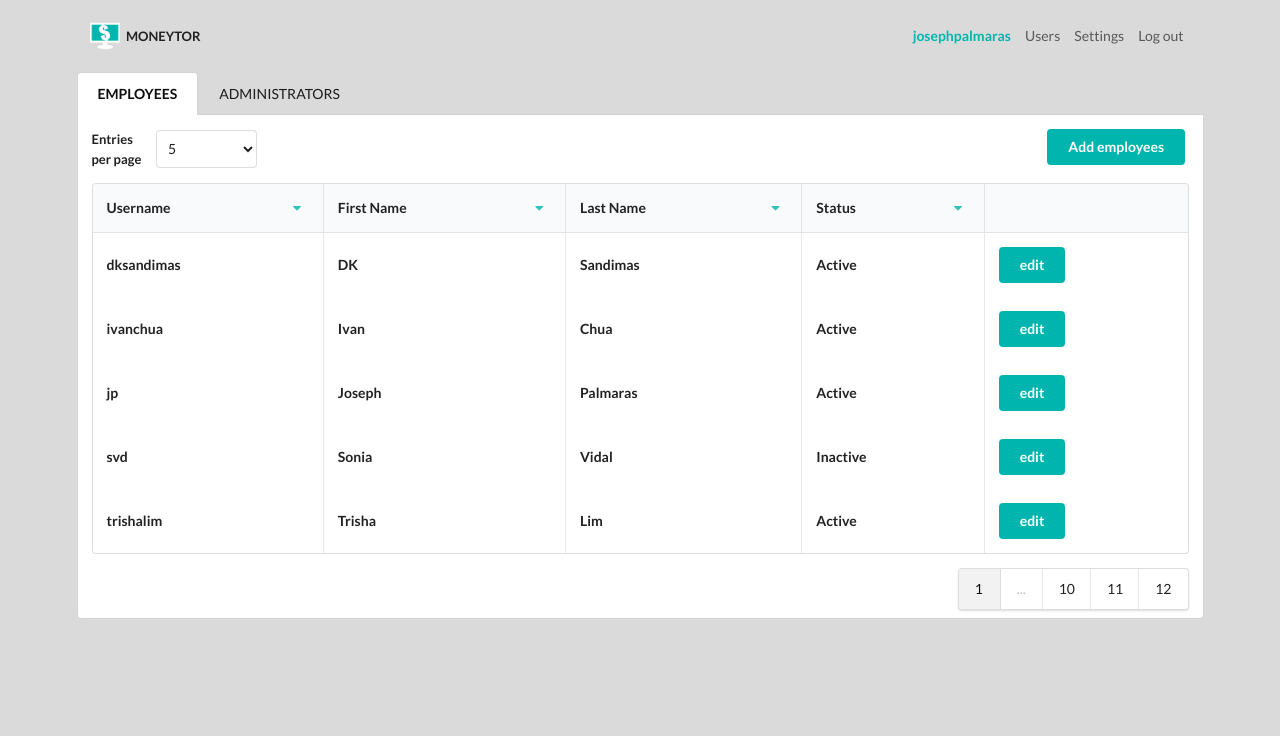
Repository: TV5/MoneyTor
Page: Workspace/MoneyTor/war/users.html
These files come from the project's save history. The page is drawn as it stood at one moment and after the next save; the edit follows.
The browser window is 1280 px wide. The pictures show the whole page.

Above is the page before, as saved 2015-10-08 05:47:41.

After the next save:
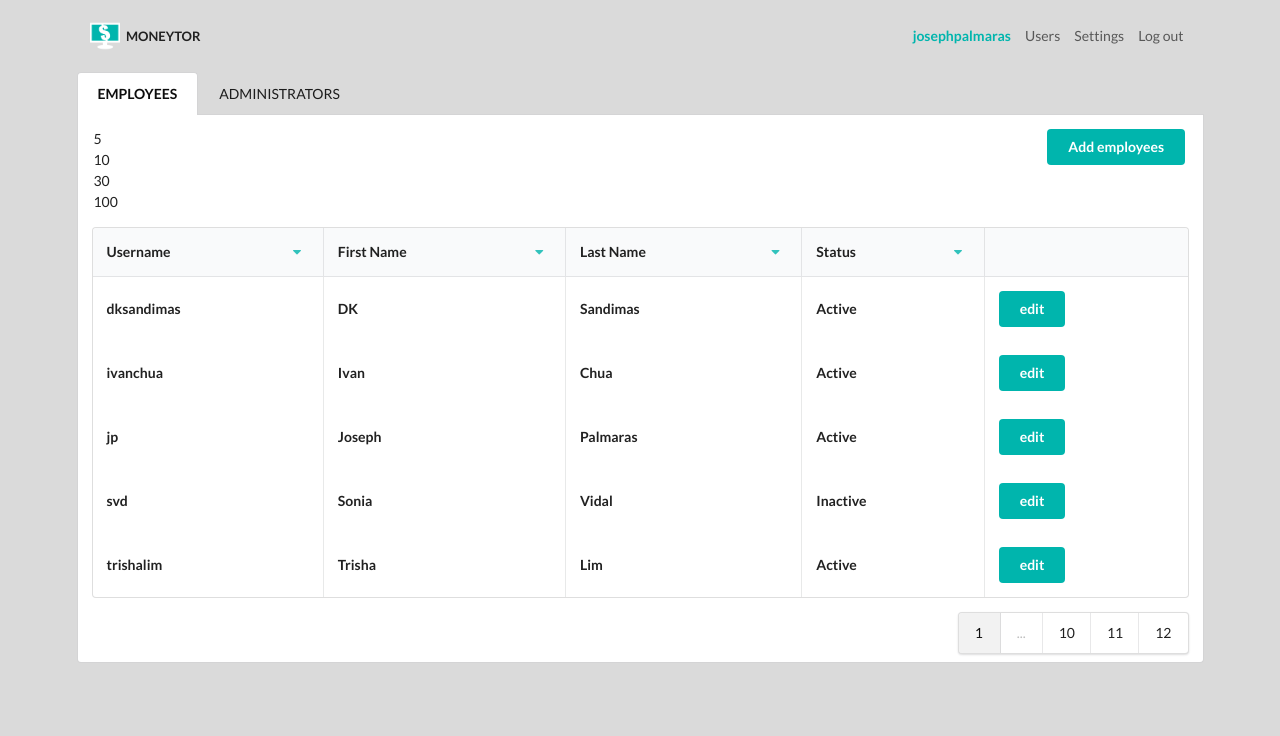
Saved 18 s later.
--- a/Workspace/MoneyTor/war/users.html
+++ b/Workspace/MoneyTor/war/users.html
@@ -88,7 +88,7 @@
 			<div class="ui form ">
 		  	<div class="inline fields" style="float:left">
 		    <div class="sixteen wide field">
-		      <label>Entries per page</label>
+		      <ntries per page
 	      	  <select class="ui dropdown">
 			  <option value="5">5</option>
 			  <option value="10">10</option>

After the save that followed:
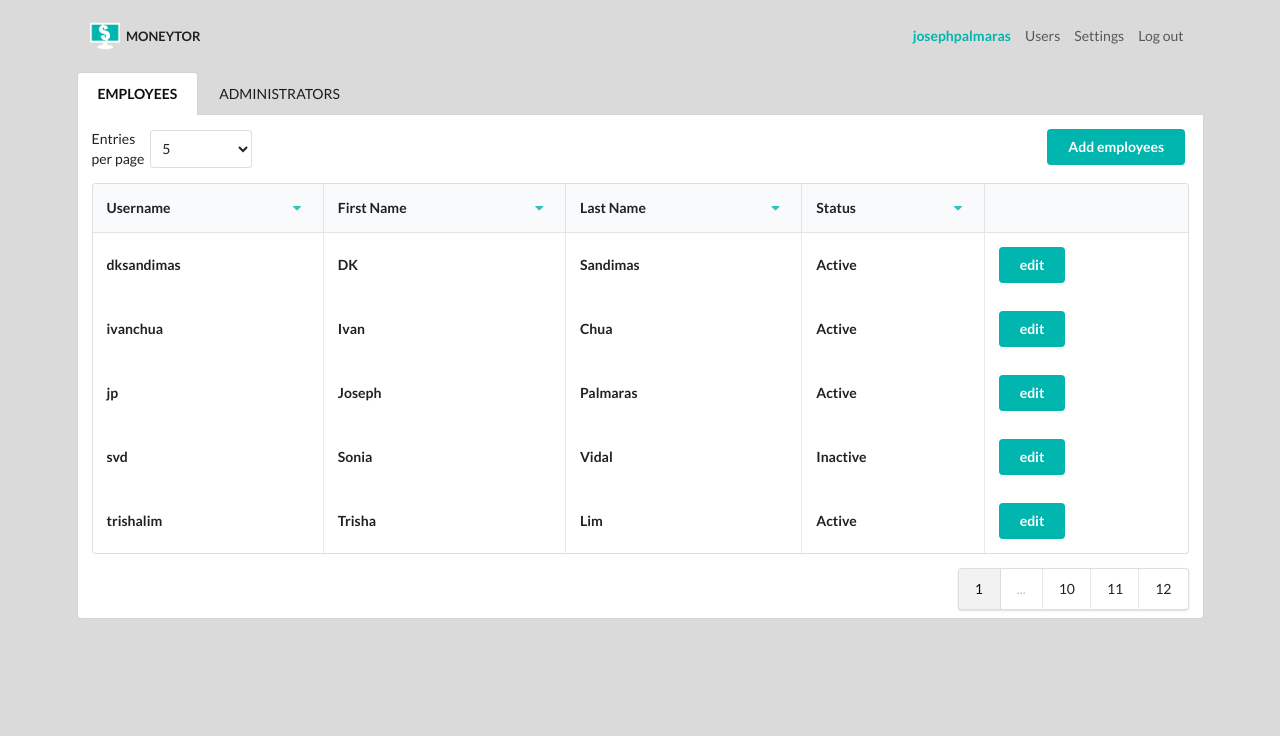
Saved 4 s later.
--- a/Workspace/MoneyTor/war/users.html
+++ b/Workspace/MoneyTor/war/users.html
@@ -88,7 +88,7 @@
 			<div class="ui form ">
 		  	<div class="inline fields" style="float:left">
 		    <div class="sixteen wide field">
-		      <ntries per page
+		      Entries per page
 	      	  <select class="ui dropdown">
 			  <option value="5">5</option>
 			  <option value="10">10</option>
